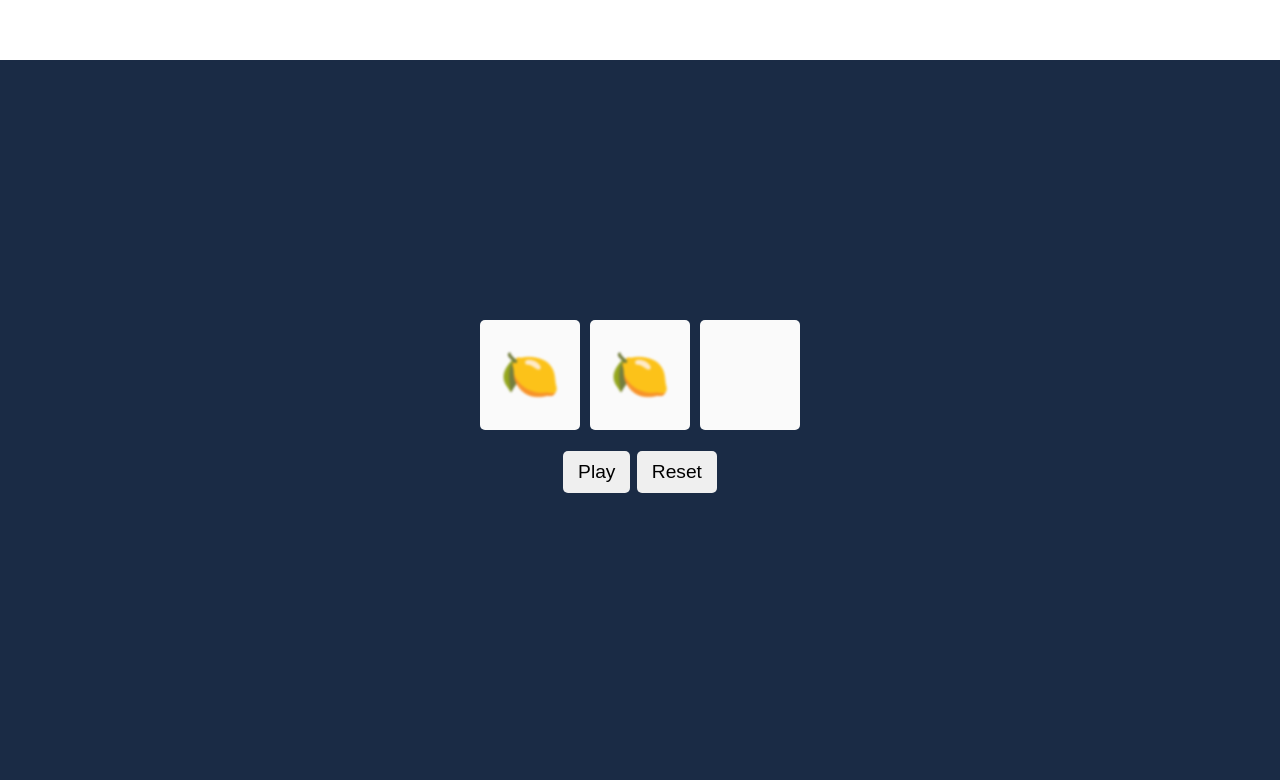
Repository: HERBOD7/slotmachine
Page: /
An editor plug-in stored every save of this project. The page is shown before and after the next save, followed by the edit.
The browser window is 1280 px wide. The pictures show the whole page.
The project was rebuilt for these pictures with package versions that can differ from the ones it lists, and the page was loaded fresh each time. Also part of the build but not shown: vue.config.js.

Above is the page before, as saved 2023-07-22 23:14:11.

### src/App.vue
<template>
  <div id="app">
    <div class="doors">
      <div class="door" v-for="i in 3" :key="i">
        <transition v-on:enter="enterTransition" v-on:leave="leaveTransition">
          <div class="boxes">
            <div
              :class="['box', isShuffling ? 'animation' : 'blur']"
              v-for="(symbol, index) in symbols[i]"
              :key="index"
            >
              {{ symbol }}
            </div>
          </div>
        </transition>
      </div>
    </div>

    <div class="buttons">
      <button @click="spin" id="spinner">Play</button>
      <button @click="init" id="reseter">Reset</button>
    </div>
  </div>
</template>

<script>
// import HelloWorld from "./components/HelloWorld.vue";

export default {
  name: "App",
  components: {
    // HelloWorld,
  },
  data() {
    return {
      symbols: [
        ["🍋", "🍉", "🍒", "🍊"],
        ["🍋", "🍉", "🍒", "🍊"],
        ["🍋", "🍉", "🍒", "🍊"],
      ],
      isShuffling: false,
    };
  },
  created() {
    // this.init();
  },
  methods: {
    init() {
      for (let i = 0; i < 3; i++) {
        const arr = [];
        // for (let n = 0; n < (groups > 0 ? groups : 1); n++) {
        arr.push(...this.symbols[i]);
        console.log(this.symbols[i], i);
        // }
        this.symbols[i] = this.shuffle(arr);
        this.isShuffling = true;
      }
    },
    enterTransition() {
      this.transitionstart = true;
      console.log("start");
    },
    leaveTransition() {
      this.transitionend = true;
      console.log("end");
    },
    async spin() {
      this.init();
      const doors = document.querySelectorAll(".door");
      for (const door of doors) {
        const boxes = door.querySelector(".boxes");
        const duration = parseInt(boxes.style.transitionDuration);
        boxes.style.transform = "translateY(0)";
        await new Promise((resolve) => setTimeout(resolve, duration * 100));
      }
      // this.isShuffling = false;
    },
    shuffle(array) {
      for (let i = array.length - 1; i > 0; i--) {
        const j = Math.floor(Math.random() * (i + 1));
        [array[i], array[j]] = [array[j], array[i]];
      }
      return array;
    },
  },
};
</script>

<style>
#app {
  font-family: Avenir, Helvetica, Arial, sans-serif;
  -webkit-font-smoothing: antialiased;
  -moz-osx-font-smoothing: grayscale;
  text-align: center;
  color: #2c3e50;
  margin-top: 60px;
}

body {
  width: 100vw;
  height: 100vh;
  margin: 0;
  padding: 0;
}

#app {
  width: 100%;
  height: 100%;
  background: #1a2b45;
  display: flex;
  flex-direction: column;
  justify-content: center;
  align-items: center;
}

.doors {
  display: flex;
}

.door {
  background: #fafafa;
  width: 100px;
  height: 110px;
  overflow: hidden;
  border-radius: 5px;
  margin: 5px;
}

.boxes {
  transform: translateY(0);
  transition: transform 1s ease-in-out;
}

.box {
  display: flex;
  justify-content: center;
  align-items: center;
  font-size: 3rem;
  height: 110px;
  width: 100px;
  transform: translateY(0px);
}

.animation {
  transform: translateY(3px);
  transition: transform 1s ease-in-out;
}

.blur {
  filter: blur(1px);
}

.buttons {
  margin: 1rem 0 2rem 0;
}

button {
  cursor: pointer;
  font-size: 1.2rem;
  margin: 0 0.2rem;
  border: none;
  border-radius: 5px;
  padding: 10px 15px;
}

.info {
  position: fixed;
  bottom: 0;
  width: 100%;
  text-align: center;
}
</style>

Loaded but not shown: public/index.html (common file); src/main.js (common file)

After the next save:
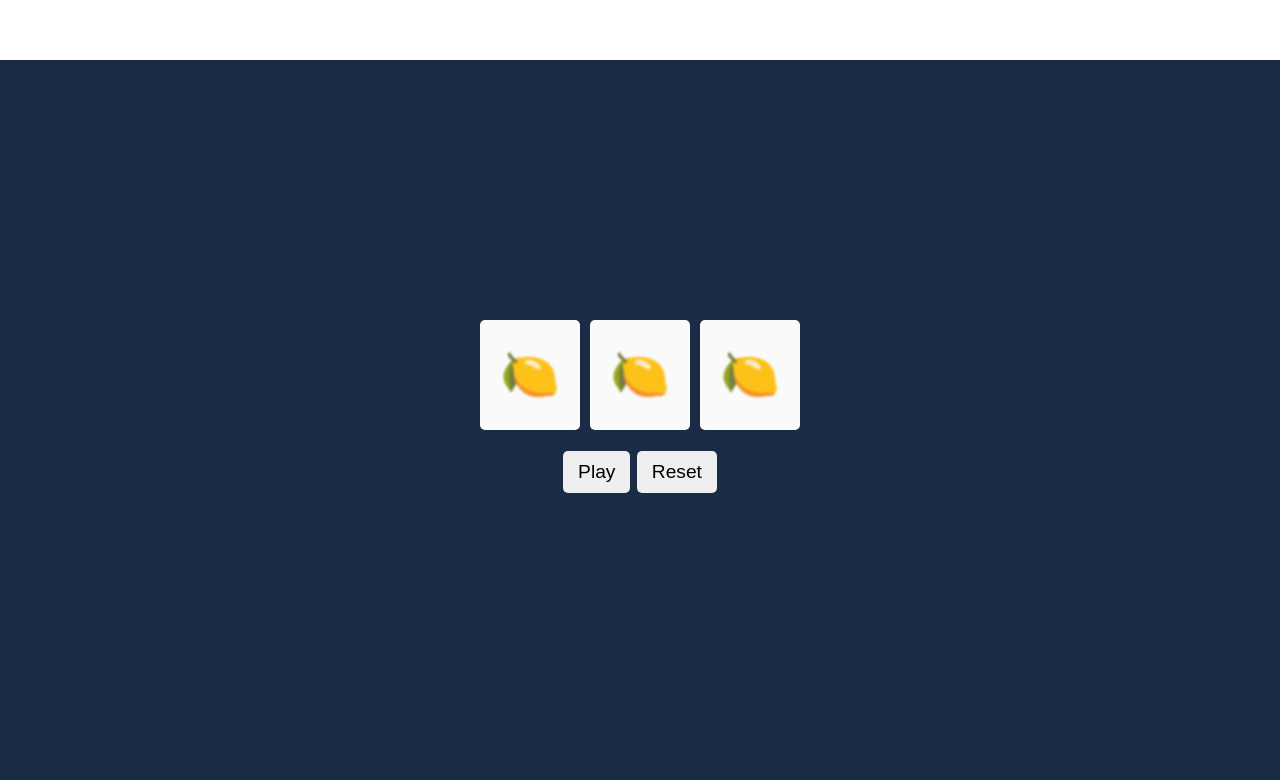
Saved 73 s later.
--- a/src/App.vue
+++ b/src/App.vue
@@ -6,7 +6,7 @@
           <div class="boxes">
             <div
               :class="['box', isShuffling ? 'animation' : 'blur']"
-              v-for="(symbol, index) in symbols[i]"
+              v-for="(symbol, index) in symbols"
               :key="index"
             >
               {{ symbol }}
@@ -33,11 +33,12 @@ export default {
   },
   data() {
     return {
-      symbols: [
-        ["🍋", "🍉", "🍒", "🍊"],
-        ["🍋", "🍉", "🍒", "🍊"],
-        ["🍋", "🍉", "🍒", "🍊"],
-      ],
+      symbols: ["🍋", "🍉", "🍒", "🍊"],
+      // symbols: [
+      //   ["🍋", "🍉", "🍒", "🍊"],
+      //   ["🍋", "🍉", "🍒", "🍊"],
+      //   ["🍋", "🍉", "🍒", "🍊"],
+      // ],
       isShuffling: false,
     };
   },
